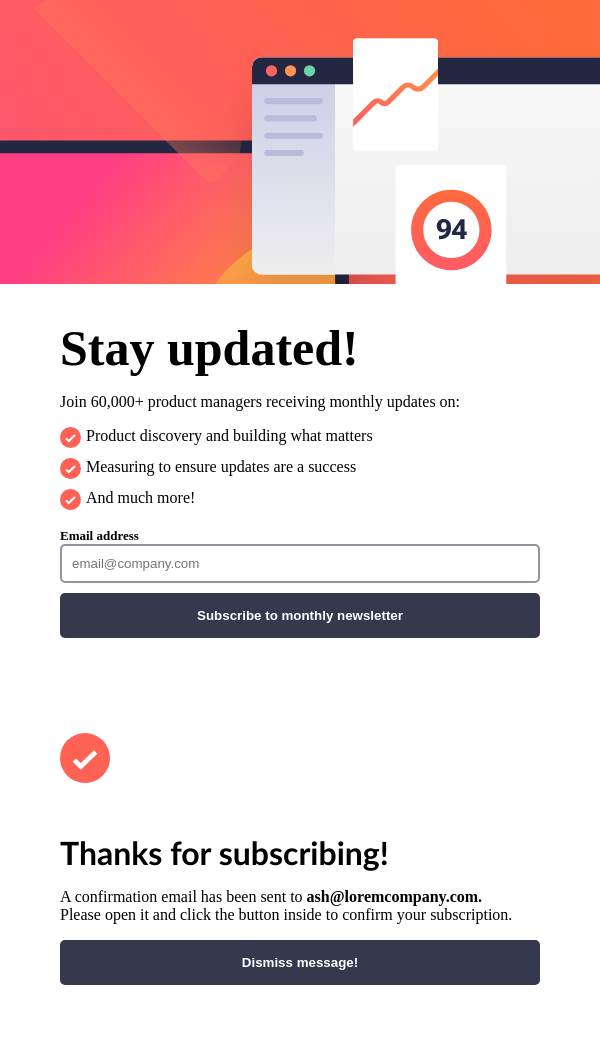
Repository: Celebration-cloud/Newsletter
Page: index.html
The author's editor kept a copy of each file at every save. The page is drawn from the files as they stood at one save, then again after the next save.
The browser window is 600 px wide. The pictures show the whole page.

Above is the page before, as saved 2023-07-19 23:45:49.

After the next save:
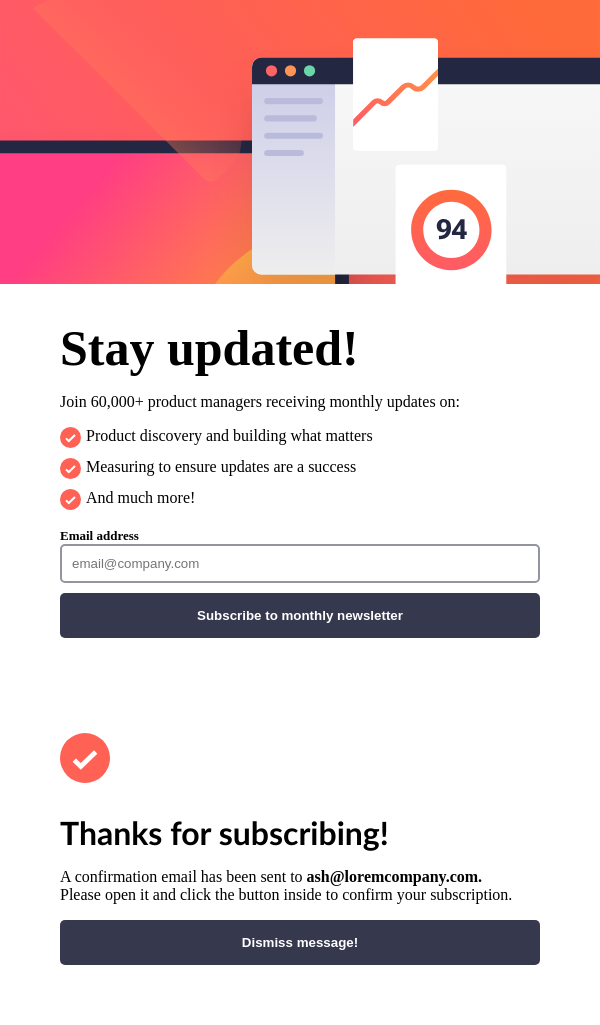
Saved 5 s later.
--- a/index.css
+++ b/index.css
@@ -136,7 +136,7 @@ button{
     }
     #success img{
         width: 50px;
-        margin-bottom: 50px;
+        margin-bottom: 30px;
     }
     #success h2{
         font-weight: bolder;
